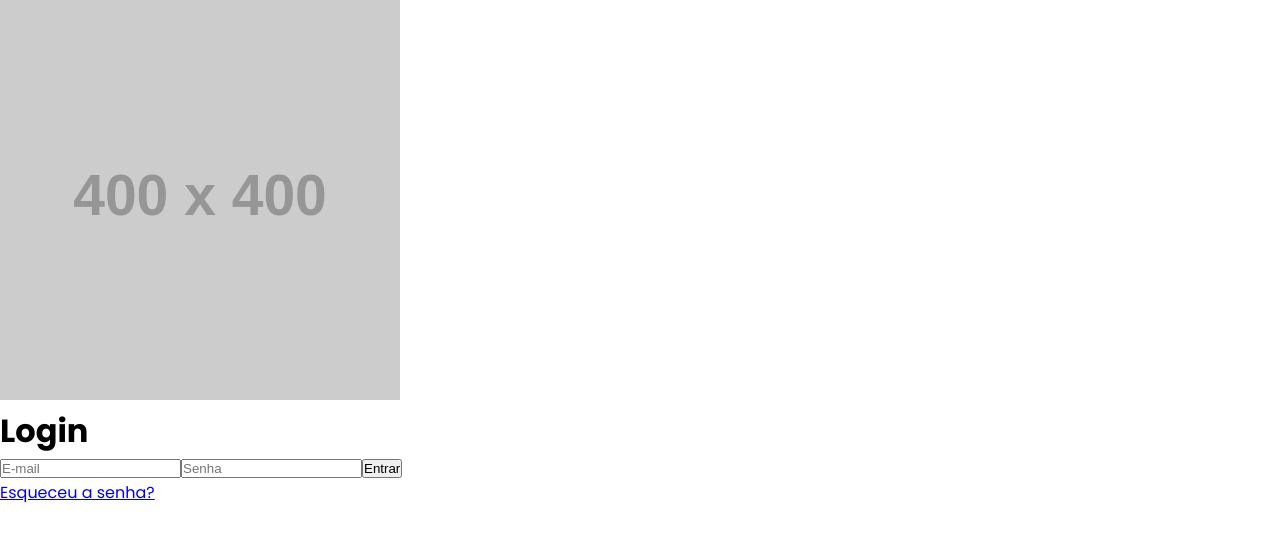
Repository: CCG-web/beeweb
Page: /login
An editor plug-in stored every save of this project. The page is shown before and after the next save, followed by the edit.
The browser window is 1280 px wide. The pictures show the whole page.
The project was rebuilt for these pictures with package versions that can differ from the ones it lists, and the page was loaded fresh each time. Also part of the build but not shown: src/components/Home.css, src/components/Home.jsx, src/components/Sobre.css, src/components/Sobre.jsx, src/components/Cards.css, src/components/Cards.jsx, src/components/Team.css, src/components/Team.jsx and 5 more.

Above is the page before, as saved 2023-05-09 22:42:09.

### public/index.html
<!DOCTYPE html>
<html lang="en">
  <head>
    <meta charset="utf-8" />
    <link rel="icon" href="%PUBLIC_URL%/favicon.ico" />
    <meta name="viewport" content="width=device-width, initial-scale=1" />
    <meta name="theme-color" content="#000000" />
    <meta
      name="description"
      content="Web site created using create-react-app"
    />
    <link rel="preconnect" href="https://fonts.googleapis.com">
<link rel="preconnect" href="https://fonts.gstatic.com" crossorigin>
<link href="https://fonts.googleapis.com/css2?family=Poppins:ital,wght@0,100;0,200;0,300;0,400;0,500;0,600;0,700;0,800;0,900;1,100;1,200;1,300;1,400;1,500;1,600;1,700;1,800;1,900&display=swap" rel="stylesheet">
    <link rel="apple-touch-icon" href="%PUBLIC_URL%/logo192.png" />
    <!--
      manifest.json provides metadata used when your web app is installed on a
      user's mobile device or desktop. See https://developers.google.com/web/fundamentals/web-app-manifest/
    -->
    <link rel="manifest" href="%PUBLIC_URL%/manifest.json" />
    <!--
      Notice the use of %PUBLIC_URL% in the tags above.
      It will be replaced with the URL of the `public` folder during the build.
      Only files inside the `public` folder can be referenced from the HTML.

      Unlike "/favicon.ico" or "favicon.ico", "%PUBLIC_URL%/favicon.ico" will
      work correctly both with client-side routing and a non-root public URL.
      Learn how to configure a non-root public URL by running `npm run build`.
    -->
    <title>BeeWeb</title>
  </head>
  <body>
    <noscript>You need to enable JavaScript to run this app.</noscript>
    <div id="root"></div>
    <!--
      This HTML file is a template.
      If you open it directly in the browser, you will see an empty page.

      You can add webfonts, meta tags, or analytics to this file.
      The build step will place the bundled scripts into the <body> tag.

      To begin the development, run `npm start` or `yarn start`.
      To create a production bundle, use `npm run build` or `yarn build`.
    -->
  </body>
</html>

### src/index.js
import React from 'react';
import ReactDOM from 'react-dom/client';
import './index.css';
// import App from './App';

import { createBrowserRouter,RouterProvider } from "react-router-dom";
import App from "./App"
import Login from "./routes/Login"
const router = createBrowserRouter([
  {
path: "/",
element:<App/>,
  },{

  path: "login",
  element: <Login/>
},

])
const root = ReactDOM.createRoot(document.getElementById('root'));
root.render(
  <React.StrictMode>
    <RouterProvider router={router}/>
  </React.StrictMode>
);

### src/index.css
*{
   margin: 0;
   padding: 0;
   box-sizing: border-box;
}

### src/routes/Login.jsx
import React from 'react'
import "../routes/Login.css"
const Login = () => {
  return (
    <div className="row">
      <div className="col">
        <img src="https://via.placeholder.com/400x400" alt="Imagem de exemplo" />
      </div>
      <div className="col">
        <h1>Login</h1>
        <form>
          <input type="email" name="email" placeholder="E-mail" />
          <input type="password" name="password" placeholder="Senha" />
          <button type="submit">Entrar</button>
        </form>
        <a href="/">Esqueceu a senha?</a>
      </div>
    </div>
  )
}

export default Login

### src/App.css
body{
    font-family: 'Poppins', sans-serif;
}

nav {
    font-family: 'Poppins', sans-serif;
    font-size: 20px;
    font-weight: 300;

    position: fixed;
    z-index: 1;
    top: 0;
    width: 100%;
    height: 200px;
    background-color: #ffad26;
    color: white;
    opacity: 0.9;
}


.logo{
    position: absolute;
    left: 10px;
    top: -10px;
    width: 386px;
    height: 233px;

}
.list {
    list-style-type: none;
    background: #ffad26;
    height: 100%;
    display: flex;
    justify-content:flex-end;
    align-items: center;
    position: relative;
}

.items {
    margin-right: 75px;
    font-size: 20px;
    color: white;
    cursor: pointer;
    transition: color 0.3s ease, transform 0.3s ease;
  }

  .items:hover {
    color: black;
    transform: translateX(-5px) rotate(-5deg);
  }

.items {
    margin-right: 65px;
    font-size: 20px;

    color: white;
    cursor: pointer;
}

.btn {
    border: none;
    display: none;
    position: absolute;
    background-color:#ffad26;
    right: 10px;
    top: 20px;
    padding: 5px;
    color: white;
    font-size: 20px;
}

@media screen and (max-width: 1366px) {
    nav{
        height: 150px;

    }

    .logo{

        width: 308.8px;
        height: 186.4px;
    }
}

@media screen and (max-width: 1000px) {
    .list {
        flex-direction: column;
        height: auto;
    }
    .logo{
        position: absolute;
        left: 10px;
        top:0px;
        width: 155.6px;
        height: 93.2px;

    }
    nav{
        height: 100px;
    }
    .items:nth-child(1) {

        margin-top: 100px;
    }

    .items {
        border-top: 1px solid rgb(255, 249, 249);
        width: 100%;
        text-align: center;
        margin-right: 0px;
        padding: 20px 0;
    }

    .btn {
        display: block;
    }
}
/* fim navabar*/

.uso{
    display: flex;
    justify-content: center;
    width: 100%;
    height: 200px;
}

.imgUso{
    margin: 40px;
    width: 321px;
    height: 122px;
}

.imgEquipe{
    margin: 40px;
    width: 321px;
    height: 122px;
}

.cardContainer {

    display: flex;
    justify-content: center;

}

@media screen and (max-width: 768px) {
    .cardContainer {
        display: flex;

        flex-direction: column;
        align-items: center;

    }

    .card {

        width: 300px;



    }

}

@media screen and (max-width: 430px) {


.imgUso{
    margin: 40px;
    width: 120px;
    height: 61px;
}


    .card {
        width: 250px;


    }


}


@media screen and (max-width: 300px) {
    .card {
    margin-left: 5%;
    }
}

### src/components/Contato.css
* {
    box-sizing: border-box;
  }

  body {

    margin: 0;
    padding: 0;
  }

  .itensForm{
    width: 100%;
    display: flex;
    justify-content: center;



  }
  .first{
    justify-content: end;
  }
  .listContact{

    margin-bottom: 15%;
    list-style-type: none;
  }

 .icons{
  color: #FFAD26;
    margin-right: 5px;
  }
  .Secord{

    justify-content: initial;
    margin-left: 5%;
  }
  .containerForm{


    display: flex;
    justify-content: center;

    align-items: center;
    height: 400px;
    background-color: white;
    margin-left: 12%;
    margin-right: 9%;
  }

  .form {
    display: flex;
    flex-direction: column;
    justify-content: center;
    align-items: center;
    background-color: white;
    border-radius: 5px;
    padding: 20px;

    max-width: 500px;
    width: 90%;
  }

  input[type="text"],
  textarea {
    width: 100%;
    padding: 12px 20px;
    margin: 8px 0;
    box-sizing: border-box;
    border: none;
    border-radius: 60px;
    background-color: #FFAD26;
    color: white;
  }

  input[type="text"]::placeholder,
  textarea::placeholder {
    color: white;
  }

  .contact-info {
    display: flex;
    justify-content: space-between;
    width: 100%;
    margin-top: 20px;
    font-size: 16px;
  }

  .contact-info li {
    display: flex;
    align-items: center;
  }

  .contact-info li i {
    margin-right: 10px;
    font-size: 20px;
    color: #FFAD26;
  }

  .btnEnviar[type="submit"] {
    background-color: white;
    color: #FFAD26;
    padding: 12px 20px;
    margin: 8px 0;
    border: 2px solid #FFAD26;
    border-radius: 60px;
    cursor: pointer;
    width: 168px;
    height: 56px;
  }

  .btnEnviar[type="submit"]:hover {
    background-color: #FFAD26;
    color: white;
  }

  @media screen and (max-width: 786px) {
    .first{
        justify-content: center;
    }
    .Secord{
        margin: 0;
        justify-content: center;
    }
    .containerForm{
        flex-direction: column;

    }

    .form {
      width: 100%;
    }
  }

### src/routes/Login.css
#{

}

After the next save:
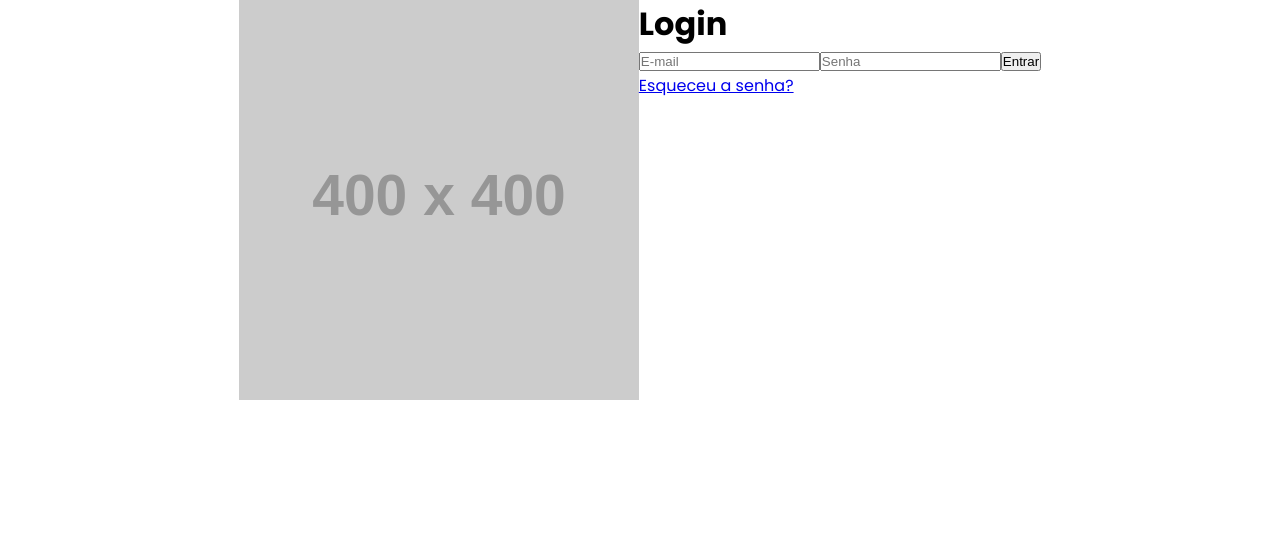
Saved 33 s later.
--- a/src/routes/Login.css
+++ b/src/routes/Login.css
@@ -1,3 +1,4 @@
-#{
-
+.row{
+display: flex;
+justify-content: center;
 }
